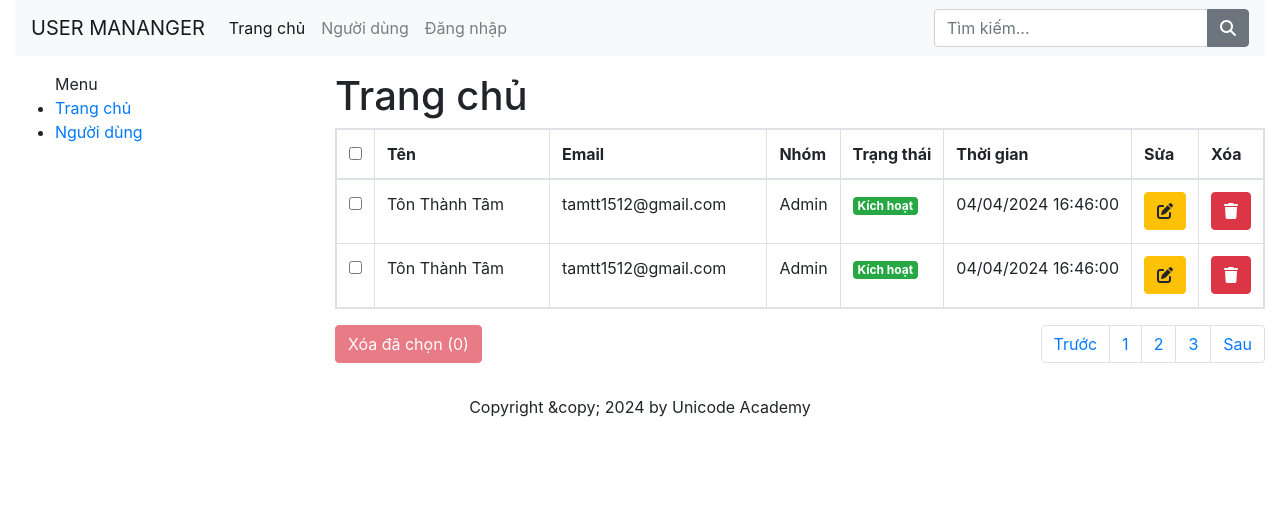
Repository: tam1512/USER_MANAGERMENT_MVC
Page: http://localhost/nguoi-dung
An editor plug-in stored every save of this project. The page is shown before and after the next save, followed by the edit.
The browser window is 1280 px wide. The pictures show the whole page.
The page is run by PHP 8.4 with error messages shown; the project is at /var/www/html/. Other server files are loaded and not shown.

Above is the page before, as saved 2024-04-04 16:53:39.

### index.php
<?php
use App\App;
session_start();
require_once 'bootstrap.php';

$app = new App();

### bootstrap.php
<?php
define("_WEB_PATH_ROOT", __DIR__);

//xử lý lấy ra web root
if(!empty($_SERVER['HTTPS']) && $_SERVER['HTTPS']=='on') {
   $protocol = 'https://';
} else {
   $protocol = 'http://';
}

$docRoot =  str_replace('\\','/',$_SERVER['DOCUMENT_ROOT']);
$pathRoot = str_replace('\\','/',_WEB_PATH_ROOT);
$path = preg_replace('~^'.$docRoot.'~', '', $pathRoot);
define("_WEB_HOST_ROOT", $protocol.$_SERVER['HTTP_HOST'].$path);

//load all config
$dataConfig = scandir('configs');
if(!empty($dataConfig)) {
   unset($dataConfig[0]);
   unset($dataConfig[1]);

   foreach($dataConfig as $item) {
      $path = "configs/$item";
      if(file_exists($path)) {
         require_once $path;
      }
   }
}

//load config Database and core database
if(!empty($config['database'])) {
   $config_data = $config['database'];

   if(!empty($config_data)) {
      require_once('core/Connection.php');
      require_once('core/QueryBuilder.php');
      require_once('core/Database.php');
      require_once('core/DB.php');
   }
}

//load all helpers
$dataHelper = scandir('app/helpers');
if(!empty($dataHelper)) {
   unset($dataHelper[0]);
   unset($dataHelper[1]);

   foreach($dataHelper as $item) {
      $path = "app/helpers/$item";
      if(file_exists($path)) {
         require_once $path;
      }
   }
}

//load all services
if(!empty($config['app']['services'])) {
   $allServices = $config['app']['services'];
   if(!empty($allServices)) {
      foreach($allServices as $service) {
         $className = getNameClass($service);
         $path = 'app/core/'.$className.'.php';
         if(file_exists($path)) {
            require_once($path);
      }
   }
}
}


// load core hash
require_once('core/Hash.php');

// load core routes
require_once('core/Routes.php');

//load core session
require_once('core/Session.php');

//load core helper
require_once('core/Helper.php');

//load core request
require_once('core/Request.php');

//load core response
require_once('core/Response.php');

//load core model
require_once('core/Model.php');

//load core template
require_once('core/Template.php');

//load core controller
require_once('core/Controller.php');

//load core load
require_once('core/Load.php');

//load core load
require_once('core/View.php');

//load core load
require_once('core/ServiceProvider.php');

//load core load
require_once('app/core/AppServiceProvider.php');

//load core middlewares
require_once('core/Middlewares.php');

//load all middlewares
$dataMiddlewares = scandir('app/middlewares');
if(!empty($dataMiddlewares)) {
   unset($dataMiddlewares[0]);
   unset($dataMiddlewares[1]);

   foreach($dataMiddlewares as $item) {
      $path = "app/middlewares/$item";
      if(file_exists($path)) {
         require_once $path;
      }
   }
}

//load app
require_once('app/App.php');

### configs/app.php
<?php
use App\Core\AppServiceProvider;
use App\Core\htmlHelper;
use App\Middlewares\AuthMiddleware;
use App\Middlewares\ParamsMiddleware;
$config['app'] = [
   'services' => [
      htmlHelper::class
   ],
   'routeMiddleware' => [
      // 'san-pham' => AuthMiddleware::class
   ],
   'globalMiddleware' => [
      // ParamsMiddleware::class
   ],
   'boot' => [
      AppServiceProvider::class
   ]
   ];

### configs/database.php
<?php
$config['database'] = [
   'host' => 'localhost',
   'user' => 'root',
   'pass' => '',
   'db' => 'mvc_base',
   'dbdriver' => 'mysql'
];

### configs/hash.php
<?php
$config['hash'] = [
   'type' => 'default'
];

### configs/routes.php
<?php
$routes['default_controller'] = 'home';

$routes['trang-chu'] = 'home';
$routes['nguoi-dung'] = 'user';
// $routes['san-pham/(.+)'] = 'product/detail/$1';

### configs/session.php
<?php
$config['session'] = [
   'session_key' => 'unicode_session'
];

### core/Connection.php
<?php
namespace App\Core;
use \PDO;
use \Exception;
use App\App;
class Connection {
   private static $conn;


   private function __construct($config_data) {
      try {
         if (class_exists('PDO')) {
            $dsn = $config_data['dbdriver'] . ':dbname=' . $config_data['db'] . ';host=' . $config_data['host'];

            $options = [
               PDO::MYSQL_ATTR_INIT_COMMAND => 'SET NAMES utf8',
               PDO::ATTR_ERRMODE => PDO::ERRMODE_EXCEPTION //Đẩy lỗi vào ngoại lệ truy vấn
            ];

               self::$conn = new PDO($dsn, $config_data['user'], $config_data['pass'], $options);
         }
      } catch (Exception $e) {
         App::$app->loadError('database', ['message' => $e->getMessage()]);
         exit();
      }
   }


   public static function getInstance($config_data) {
      if(self::$conn == null) {
         new Connection($config_data);
      }
      return self::$conn;
   }
}

### core/Database.php
<?php
namespace App\Core;
use \Exception;
use \PDO;
class Database {
   use QueryBuilder;
   private $__conn = null;
   private $sql = null;
   public function __construct() {
      global $config_data;
      $this->__conn = Connection::getInstance($config_data);
   }

   public function query($sql, $data=[], $statementStatus = false) {
      $this->sql = $sql;
      $query = false;
      // echo $sql;
      try{
         $statement = $this->__conn->prepare($this->sql);
         if(empty($data)) {
            $query = $statement->execute();
         } else {
            $query = $statement->execute($data);
         }
      }catch(Exception $e){
         echo $e->getMessage();
         echo '<br/>';
         echo '<p><b>SQL Query :</b> <i>'.$this->sql.'</i></p>';
         exit();
      }

      if($statementStatus && $query) {
         return $statement;
      }

      return $query;
   }

   private function fetch($sql) {
      $statement = $this->query($sql, [], true);

      if(is_object($statement)) {
         return $statement;
      }
      return false;
   }

   function getRaw($sql) {
      $statement = $this->fetch($sql);

      if(!empty($statement)) {
         return $statement->fetchAll(PDO::FETCH_ASSOC);
      }
      return false;
   }

   function firstRaw($sql) {
      $statement = $this->fetch($sql);

      if(!empty($statement)) {
         return $statement->fetch(PDO::FETCH_ASSOC);
      }
      return false;
   }

   function insertData($table, $dataInsert) {
      $arrKeys = array_keys($dataInsert);
      $fieldStr = implode(', ', $arrKeys);

      $valueStr = ':'.implode(', :', $arrKeys);

      $sql = "INSERT INTO $table($fieldStr) VALUES ($valueStr);";

      return $this->query($sql, $dataInsert);
   }

   function updateData($table, $dataUpdate, $condition) {
      $updateStr = '';
      foreach($dataUpdate as $key => $value) {
         $updateStr .= $key.' = :'.$key . ', ';
      }
      $updateStr = rtrim($updateStr, ', ');

      if(empty($condition)) {
         $sql = "UPDATE $table SET $updateStr";
      } else {
         $sql = "UPDATE $table SET $updateStr WHERE $condition";
      }
      return $this->query($sql, $dataUpdate);
   }
   function deleteData($table, $condition = '') {
      $sql = '';
      if(empty($condition)) {
         $sql = "DELETE FROM $table";
      } else {
         $sql = "DELETE FROM $table WHERE $condition";
      }

      return $this->query($sql);
   }

   // Lấy ra số dòng truy vấn
   function getRows($sql) {
      $statement = $this->fetch($sql);
      if(!empty($statement)) {
         return $statement->rowCount();
      }
      return false;
   }

   // Lấy ra id vừa insert
   function lastInsertId() {
      return $this->__conn->lastInsertId();
   }

   function getPdo() {
      return $this->__conn;
   }
}

### core/DB.php
<?php
namespace App\Core;
class DB {
   public $db = null;

   public function __construct() {
      $this->db = new Database();
   }
}

### app/helpers/functions.php
<?php
   function getNameClass($namespace) {
      if(preg_match('~\\\~', $namespace)) {
         $namespaceArr = explode('\\', $namespace);
         $className = end($namespaceArr);
      } else {
         $className = $namespace;
      }
      return $className;
   }

### app/core/htmlHelper.php
<?php
namespace App\Core;
class htmlHelper {
   static function openForm($method='get', $action ='') {
      echo '<form method="'.$method.'" action="'.$action.'">';
   }
   static function closeForm() {
      echo '</form>';
   }

   static function input($before='', $after='', $type='text', $name, $value='', $class='', $id='', $placeholder='') {
      echo $before.'<input type="'.$type.'" class="'.$class.'" id="'.$id.'" name="'.$name.'" value ="'.$value.'" placeholder="'.$placeholder.'">'.$after;
   }

   static function button($before="", $after='', $type='button', $class='', $id='', $content, $name='') {
      echo $before.'<button type="'.$type.'" class="'.$class.'" id="'.$id.'" name="'.$name.'">'.$content.'</button>'.$after;
   }
}

### core/Hash.php
<?php
namespace App\Core;
class Hash {
   public static function make($password) {
      global $config;

      $algo = [
         'default' => PASSWORD_DEFAULT,
         'bcrypt' => PASSWORD_BCRYPT,
         'argon2i' => PASSWORD_ARGON2I,
         'argon2id' => PASSWORD_ARGON2ID
      ];

      if(!empty($config['hash'])) {
         $configHash = $config['hash'];
         $type = $configHash['type'] ?? null;

         if(!empty($algo[$type])) {
            return password_hash($password, $algo[$type]);
         }

      }
      return false;
   }

   public static function check($password, $hash) {
      return password_verify($password, $hash);
   }
}

### core/Routes.php
<?php
namespace App\Core;
class Routes {
   private $__routeKey;
   public function handleRoutes($url) {
      global $routes;
      unset($routes['default_controller']);
      $urlHandle = trim($url, '/');
      if(!empty($routes)) {
         foreach($routes as $key=>$value) {
            if(preg_match('~^'.$key.'$~is', $urlHandle)) {
               $urlHandle = preg_replace('~^'.$key.'$~is', $value, $urlHandle);
               $this->__routeKey = $key;
            }
         }
      }
      return $urlHandle;
   }

   public function getRouteKey() {
      return $this->__routeKey;
   }
}

### core/Session.php
<?php
namespace App\Core;
use App\App;
class Session {
   public static function data($key='', $value='') {
      $sessionKey = self::isInvalid();

      if(!empty($sessionKey)) {
         if(!empty($key)) {
            if(!empty($value)) {
               $_SESSION[$sessionKey][$key] = $value;
               return true;
            } else {
               if(isset($_SESSION[$sessionKey][$key]))
               return $_SESSION[$sessionKey][$key];
            }
         } else {
            if(isset($_SESSION[$sessionKey]))
            return $_SESSION[$sessionKey];
         }
      }
      return false;
   }

   public static function delete($key='') {
      $sessionKey = self::isInvalid();
      if(!empty($sessionKey)) {
         if(!empty($key)) {
            unset($_SESSION[$sessionKey][$key]);
            return true;
         } else {
            unset($_SESSION[$sessionKey]);
            return true;
         }
      }
      return false;
   }

//tạo => tương tự data, gọi => tự động xóa
   public static function flash($key='', $value='') {
      $flashData = self::data($key, $value);
      if(empty($value)) {
         self::delete($key);
         return $flashData;
      }
   }

   static public function showErrors($message) {
      $data = ['message' => $message];
      App::$app->loadError('exception', $data);
      die();
   }

   static public function isInvalid() {
      global $config;
      if(!empty($config['session'])) {
         $sessionConfig = $config['session'];
         if(!empty($sessionConfig['session_key'])) {
            $sessionKey = $sessionConfig['session_key'];
            return $sessionKey;
         } else {
            self::showErrors('Thiếu cấu hình session_key. Vui lòng kiểm tra file configs/session.php');
         }
      } else {
         self::showErrors('Thiếu cấu hình session_key. Vui lòng kiểm tra file configs/session.php');
      }
      return false;
   }
}

### core/Helper.php
<?php
use App\core\Session;
$errors = Session::flash('errors');
$old = Session::flash('old');

if(!function_exists('form_error')) {
   function form_error($fieldName, $before='', $after='') {
      global $errors;
      if(!empty($errors[$fieldName])) {
         return $before.'<i>'.$errors[$fieldName].'</i>'.$after;
      }
      return false;
   }
}

if(!function_exists('old')) {
   function old($fieldName, $default = '') {
      global $old;
      if(!empty($old[$fieldName])) {
         return $old[$fieldName];
      }
      return $default;
   }
}

### core/Response.php
<?php
namespace App\Core;
class Response {
   public function redirect($uri = '') {
      if(preg_match('~~^http|https~', $uri)) {
         $url = $uri;
      } else {
         $url = _WEB_HOST_ROOT.'/'.$uri;
      }
      header('Location: '.$url);
      exit();
   }
}

### core/Model.php
<?php
namespace App\Core;
abstract class Model extends Database{
   protected $db;
   public function __construct() {
      $this->db = new Database();
   }

   abstract function tableFill();
   abstract function fieldFill();
   abstract function primaryKey();

   function all($condition = '') {
      $table = $this->tableFill();
      $field = $this->fieldFill();
      if(empty($field)) {
         $field = '*';
      }
      if(empty($condition)) {
         $query = "SELECT $field FROM $table";
      } else {
         $query = "SELECT $field FROM $table WHERE $condition";
      }

      $data = $this->db->getRaw($query);

      return $data;
   }

   function find($id) {
      $table = $this->tableFill();
      $field = $this->fieldFill();
      $primaryKey = $this->primaryKey();
      if(empty($field)) {
         $field = '*';
      }
      $query = "SELECT $field FROM $table WHERE $primaryKey = $id";

      $data = $this->db->firstRaw($query);

      return $data;
   }
}

### core/Controller.php
<?php
namespace App\Core;
class Controller {
   public $db = null;
   public function model($model) {
      $path = _WEB_PATH_ROOT.'\app\models\\'.$model.'.php';
      if(file_exists($path)) {
         require_once $path;

         $nameClass = 'App\Models\\'.$model;
         if(class_exists($nameClass)) {
            $model = new $nameClass();
            return $model;
         }

      }
      return false;
   }

   public function render($view, $data = []) {
      if(!empty(View::$dataShare)) {
         $data = array_merge($data, View::$dataShare);
      }
      $path = _WEB_PATH_ROOT."\app\\views\\".$view.".php";
      if(preg_match('~^layout~', $view)) {
         if(file_exists($path)) {
            extract($data);
            require_once($path);
         }
      } else {
         if(file_exists($path)) {
            $contentView = file_get_contents($path);
            $template = new Template();
            $template->run($contentView, $data);
         }
      }
   }
}

?>

### core/Load.php
<?php
namespace App\Core;
class Load {
   public static function model($model) {
      $path = _WEB_PATH_ROOT.'\app\models\\'.$model.'.php';
      if(file_exists($path)) {
         require_once $path;

         $nameClass = 'App\Models\\'.$model;
         if(class_exists($nameClass)) {
            $model = new $nameClass();
            return $model;
         }

      }
      return false;
   }

   public static function render($view, $data = []) {
      extract($data);
      $path = _WEB_PATH_ROOT."\app\\views\\".$view.".php";
      if(file_exists($path)) {
         require_once($path);
      }
   }
}

?>

### core/View.php
<?php
namespace App\Core;
abstract class View {
   static $dataShare = [];
   static function share($data) {
      self::$dataShare = $data;
   }
}

### core/ServiceProvider.php
<?php
namespace App\Core;
abstract class ServiceProvider {
   public $db;
   abstract function boot();
}

### app/core/AppServiceProvider.php
<?php
namespace App\Core;
class AppServiceProvider extends ServiceProvider {
   public function boot() {
      // $data['userInfo'] = $this->db->table('users')->where('id', '=', 1)->first();
      // $data['copyright'] = 'Copyright (c) 2024';
      // View::share($data);
   }
}

### core/Middlewares.php
<?php
namespace App\Core;
abstract class Middlewares {
   public $db;
   abstract function handle();
}

### app/middlewares/AuthMiddleware.php
<?php
namespace App\Middlewares;
use App\Core\{Middlewares, Session, Response};

class AuthMiddleware extends Middlewares {

   public function handle() {
      // if(empty(Session::data('login_admin'))) {
      //    $response = new Response();
      //    $response->redirect('trang-chu');
      // }
   }
}

### app/middlewares/GuestMiddleware.php
<?php
namespace App\Middlewares;
use App\Core\{Middlewares, Session, Response};
use App\App;

class GuestMiddleware extends Middlewares {

   public function handle() {
      $path = trim(App::$app->getUrl(), '/');
      $include = [
         'dang-nhap',
         'dang-ky'
      ];
      if(in_array($path, $include) && Session::data('user_login')) {
         $response = new Response();
         $response->redirect('');
      }
   }
}

### app/middlewares/LoginMiddleware.php
<?php
namespace App\Middlewares;
use App\Core\{Middlewares, Session, Response};

class LoginMiddleware extends Middlewares {

   public function handle() {
   //todo
   }
}

### app/middlewares/ParamsMiddleware.php
<?php
namespace App\Middlewares;
use App\Core\{Middlewares, Response};
use App\App;
class ParamsMiddleware extends Middlewares {
   public function handle() {
      // if(!empty($_SERVER['QUERY_STRING'])) {
      //    $response = new Response();
      //    $response->redirect(trim(App::$app->getUrl(), '/'));
      // }
   }
}

### app/controllers/Home.php
<?php
namespace App\Controllers;
use App\Core\{Controller, Request, Response, Session, View};
class Home extends Controller {
   private $model, $data = [];
   public function __construct() {
      $this->model = $this->model("Home");
   }
   public function index() {
      $this->data = [
         'header_content' => [
            'title' => 'Trang chủ'
         ],
         'footer_content' => [
            'copyright' => 'Copyright &copy; 2024 by Unicode Academy'
         ],
         'content' => 'user/index',
         'sub_content' => [
            'title' => 'Trang chủ'
         ]
      ];
      $this->render('layouts/layout', $this->data);
   }
}

### app/models/Home.php
<?php
namespace App\Models;
use App\Core\Model;
class Home extends Model{
   private $table = 'products';

   function tableFill() {
      return 'users';
   }

   function fieldFill() {
      return 'id, fullname';
   }

   function primaryKey() {
      return 'id';
   }
   public function index() {
      $data = [
         'fullname' => 'Thanh Tam',
         'email' => 'thanh.tam@gmail.com',
         'password' => '123456789'
      ];
      return $this->db->table('users')->count();
   }
   public function getList() {
      $data = [
         'sp1',
         'sp2',
         'sp3',
         'sp4',
      ];
      return $data;
   }
}

### app/views/layouts/layout.php
<?php
   $this->render('blocks\clients\header', $header_content);
   $this->render('blocks\clients\sidebar');
   $this->render($content, $sub_content);
   $this->render('blocks\clients\footer', $footer_content);
?>

### app/views/blocks/clients/header.php
<!DOCTYPE html>
<html lang="en">
<head>
   <meta charset="UTF-8">
   <meta name="viewport" content="width=device-width, initial-scale=1.0">
   <title>{{$title}}</title>
   <link rel="stylesheet" href="https://cdnjs.cloudflare.com/ajax/libs/font-awesome/6.5.1/css/all.min.css"/>
   <link rel="stylesheet" href="https://cdn.jsdelivr.net/npm/bootstrap@4.6.2/dist/css/bootstrap.min.css">
   <link rel="stylesheet" href="{{_WEB_HOST_ROOT}}/public/assets/clients/css/style.css">
</head>
<body>
   <div class="container-fluid">
      <header>
         <nav class="navbar navbar-expand-lg navbar-light bg-light">
            <a href="{{_WEB_HOST_ROOT}}" class="navbar-brand">USER MANANGER</a>
            <button class="navbar-toggler" type="button" data-toggle="collapse" data-target="#navbar">
               <span class="navbar-toggle-icon"></span>
            </button>
            <div class="collapse navbar-collapse" id="navbar">
               <ul class="navbar-nav mr-auto">
                  <li class="nav-item active">
                     <a href="{{_WEB_HOST_ROOT}}" class="nav-link">Trang chủ</a>
                  </li>
                  <li class="nav-item">
                     <a href="{{_WEB_HOST_ROOT}}/nguoi-dung" class="nav-link">Người dùng</a>
                  </li>
                  <li class="nav-item">
                     <a href="{{_WEB_HOST_ROOT}}/auth/login" class="nav-link">Đăng nhập</a>
                  </li>
               </ul>
               <form action="">
                  <div class="form-inline my-2 my-lg-0">
                     <div class="input-group">
                        <input type="text" class="form-control" placeholder="Tìm kiếm...">
                        <div class="input-group-append">
                           <button class="btn btn-secondary" type="submit">
                           <i class="fa fa-search"></i>
                           </button>
                        </div>
                     </div>
                  </div>
               </form>
            </div>
         </nav>
      </header>
      <main class="py-3">

### app/views/blocks/clients/sidebar.php
<div class="row">
   <div class="col-3">
      <ul class="d-flex flex-column"> Menu
         <li><a href="{{_WEB_HOST_ROOT}}">Trang chủ</a></li>
         <li><a href="{{_WEB_HOST_ROOT}}/nguoi-dung">Người dùng</a></li>
      </ul>
   </div>

### app/views/user/index.php
<div class="col-9">
   <h1>{{$title}}</h1>
   <table class="table table-bordered table-responsive">
      <thead>
         <tr>
            <th><input type="checkbox" name="chooseUser" id="checkAllUser"></th>
            <th width="50%">Tên</th>
            <th width="50%">Email</th>
            <th>Nhóm</th>
            <th>Trạng thái</th>
            <th>Thời gian</th>
            <th>Sửa</th>
            <th>Xóa</th>
         </tr>
      </thead>
      <tbody>
         <tr>
            <td><input type="checkbox" name="" id=""></td>
            <td>Tôn Thành Tâm</td>
            <td>tamtt1512@gmail.com</td>
            <td>Admin</td>
            <td><p class="badge badge-success">Kích hoạt</p></td>
            <td>04/04/2024 16:46:00</td>
            <td><a href="#" class="btn btn-warning"><i class="fa-solid fa-pen-to-square"></i></a></td>
            <td><a href="#" class="btn btn-danger"><i class="fa-solid fa-trash"></i></a></td>
         </tr>
         <tr>
            <td><input type="checkbox" name="" id=""></td>
            <td>Tôn Thành Tâm</td>
            <td>tamtt1512@gmail.com</td>
            <td>Admin</td>
            <td><p class="badge badge-success">Kích hoạt</p></td>
            <td>04/04/2024 16:46:00</td>
            <td><a href="#" class="btn btn-warning"><i class="fa-solid fa-pen-to-square"></i></a></td>
            <td><a href="#" class="btn btn-danger"><i class="fa-solid fa-trash"></i></a></td>
         </tr>
      </tbody>
   </table>
   <div class="row">
      <div class="col-6">
         <button type="button" class="btn btn-danger disabled">Xóa đã chọn (0)</button>
      </div>
      <div class="col-6">
         <nav aria-label="Page navigation" class="d-flex justify-content-end">
            <ul class="pagination">
               <li class="page-item"><a class="page-link" href="#">Trước</a></li>
               <li class="page-item"><a class="page-link" href="#">1</a></li>
               <li class="page-item"><a class="page-link" href="#">2</a></li>
               <li class="page-item"><a class="page-link" href="#">3</a></li>
               <li class="page-item"><a class="page-link" href="#">Sau</a></li>
            </ul>
         </nav>
      </div>
   </div>
</div>

### app/views/blocks/clients/footer.php

      </main>
      <footer>
         <p class="text-center">{{$copyright}}</p>
      </footer>
   </div>
   <script src="https://cdn.jsdelivr.net/npm/jquery@3.5.1/dist/jquery.slim.min.js"></script>
   <script src="https://cdn.jsdelivr.net/npm/bootstrap@4.6.2/dist/js/bootstrap.bundle.min.js"></script>
   <script src="{{_WEB_HOST_ROOT}}/public/assets/clients/js/app.js"></script>
</body>
</html>

### public/assets/clients/css/style.css
td, th {
   white-space: nowrap;
}

Loaded but not shown: public/assets/clients/js/app.js (1 lines, source omitted); core/Request.php (176 lines, source omitted); app/App.php (184 lines, source omitted); core/Template.php (140 lines, source omitted); core/QueryBuilder.php (131 lines, source omitted)

After the next save:
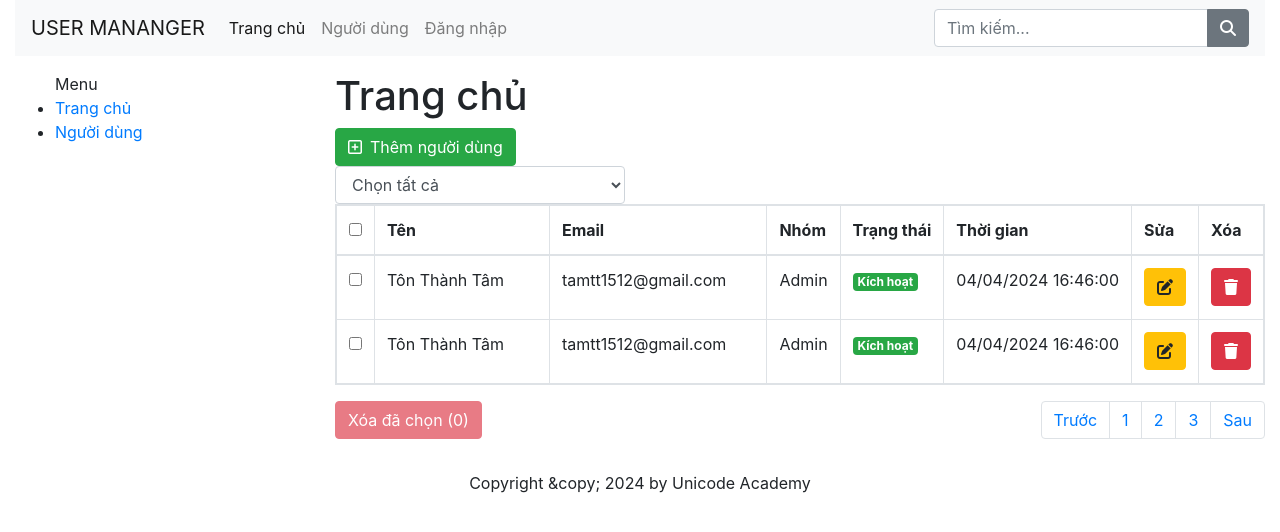
Saved 3 min 25 s later.
--- a/app/views/user/index.php
+++ b/app/views/user/index.php
@@ -1,5 +1,21 @@
 <div class="col-9">
    <h1>{{$title}}</h1>
+   <div class="row">
+      <div class="col-12">
+         <a href="#" class="btn btn-success"><i class="fa-regular fa-square-plus mr-2"></i>Thêm người dùng</a>
+      </div>
+      <div class="col-12">
+         <div class="row">
+            <div class="col-4">
+               <select name="status" id="" class="form-control">
+                  <option value="0">Chọn tất cả</option>
+                  <option value="1">Kích hoạt</option>
+                  <option value="2">Chưa kích hoạt</option>
+               </select>
+            </div>
+         </div>
+      </div>
+   </div>
    <table class="table table-bordered table-responsive">
       <thead>
          <tr>
